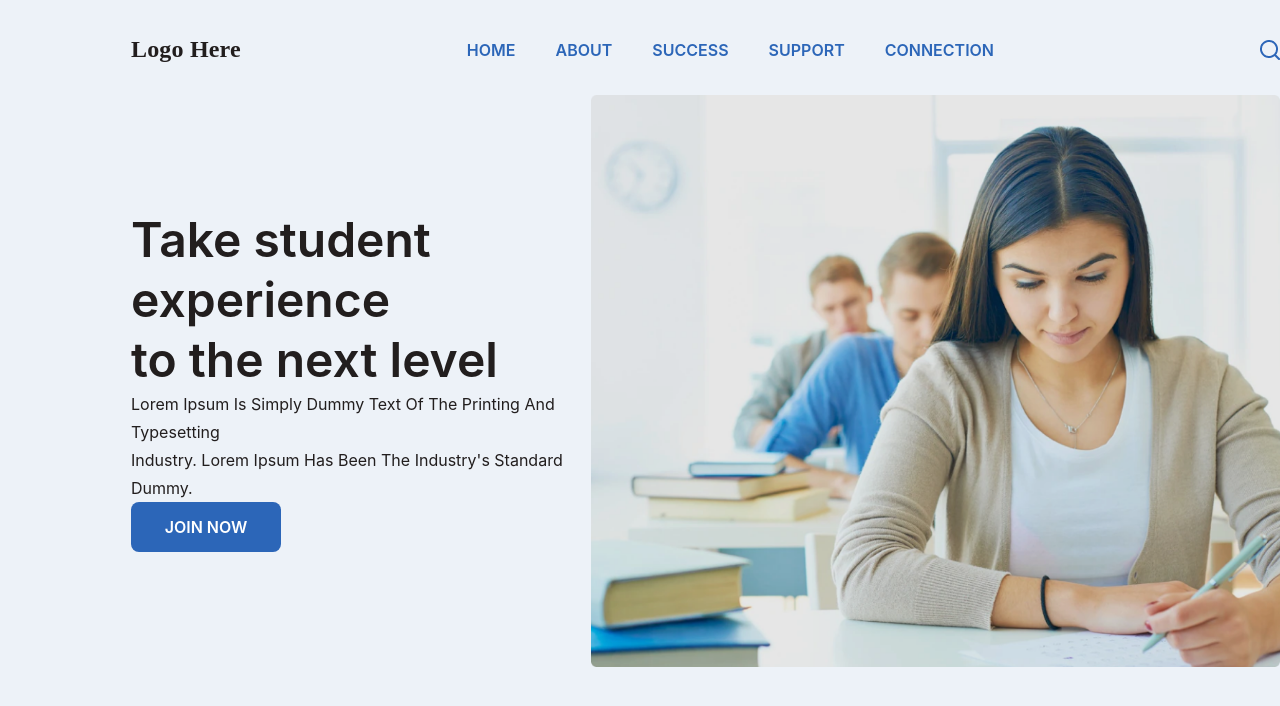
Repository: FaridRustamov09/Final-Task
Page: Pages/homePage/index.html
These files come from the project's save history. The page is drawn as it stood at one moment and after the next save; the edit follows.
The browser window is 1280 px wide. The pictures show the whole page.
The style sheet was rebuilt from its Sass, Less or Tailwind sources for each picture, by a compiler version that may differ from the author's.

Above is the page before, as saved 2024-07-14 20:18:04.

After the next save:
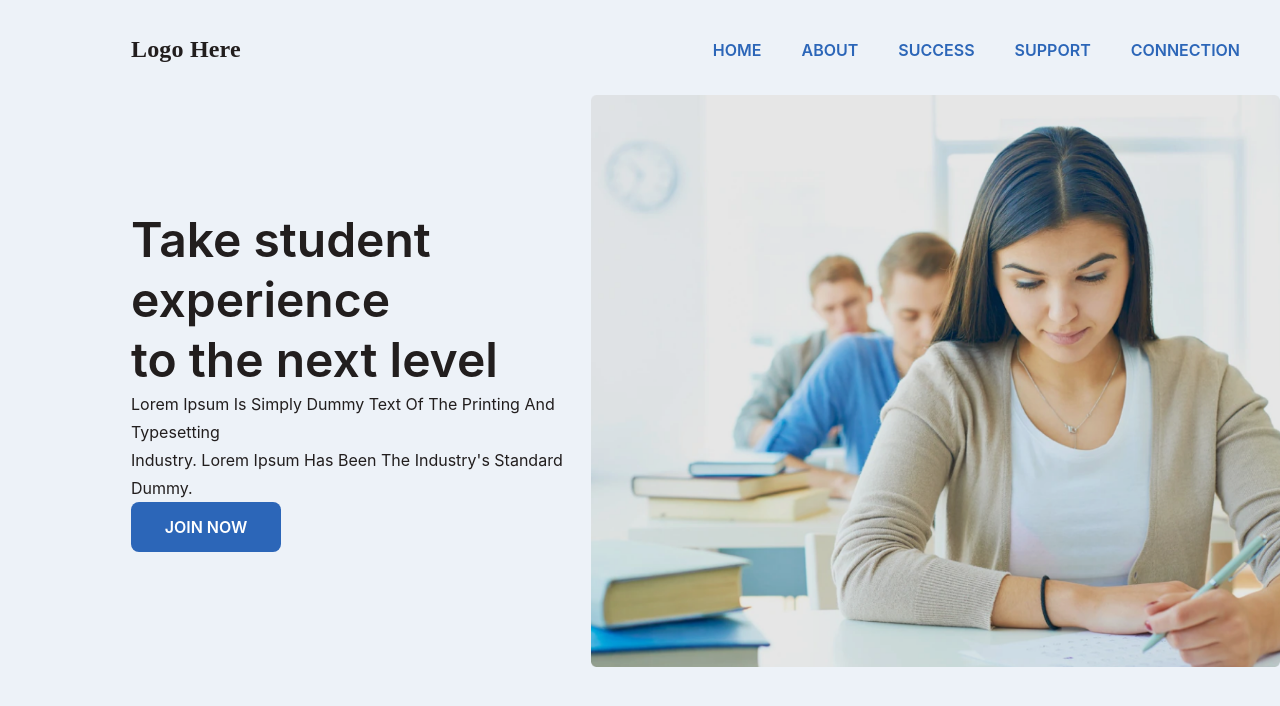
Saved 28 s later.
--- a/Pages/homePage/index.html
+++ b/Pages/homePage/index.html
@@ -18,7 +18,6 @@
           <li><a href="../homePage/index.html">Connection</a></li>
         </ul>
 
-        <img src="../../images/Group 233.png" alt="" />
       </nav>
       <main>
         <ul>
